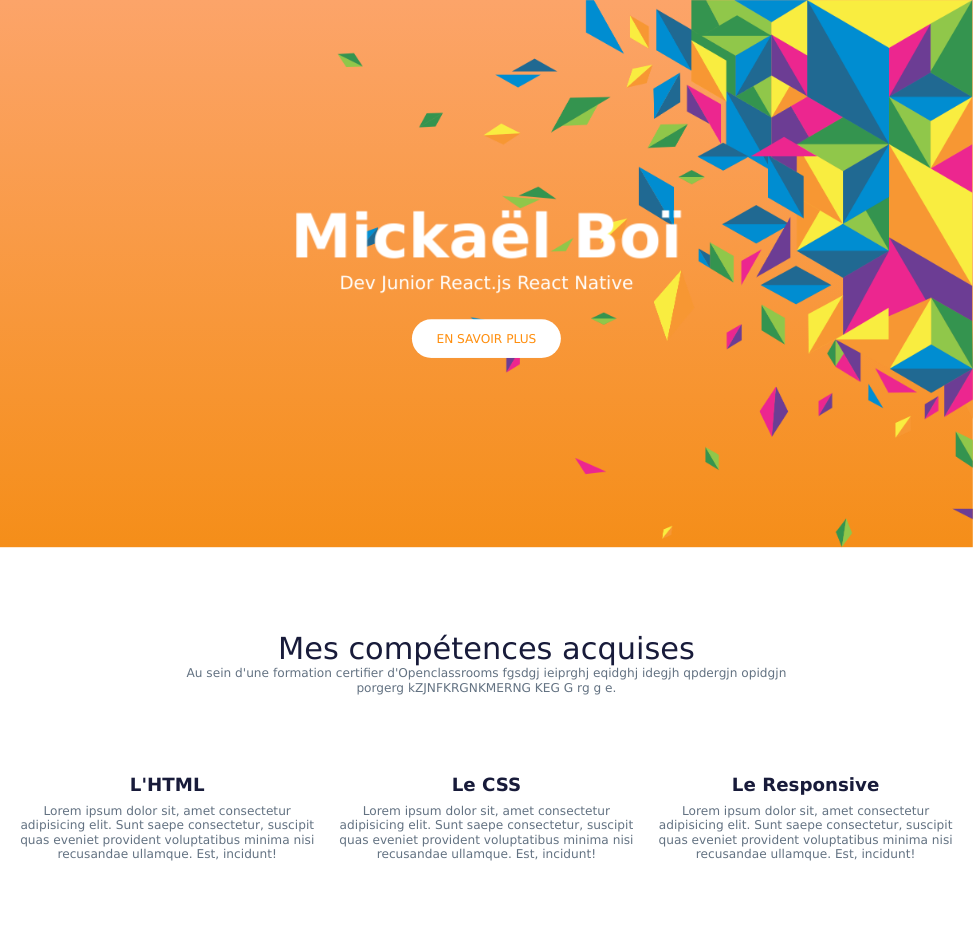
Repository: Micka-17/React_CV
Page: / (app in react-cv/)
These files come from the project's save history. The page is drawn as it stood at one moment and after the next save; the edit follows.
The browser window is 1280 px wide. The pictures show the whole page, at 76% of full size.
The project was rebuilt for these pictures with package versions that can differ from the ones it lists, and the page was loaded fresh each time.

Above is the page before, as saved 2021-10-20 11:07:53.

After the next save:
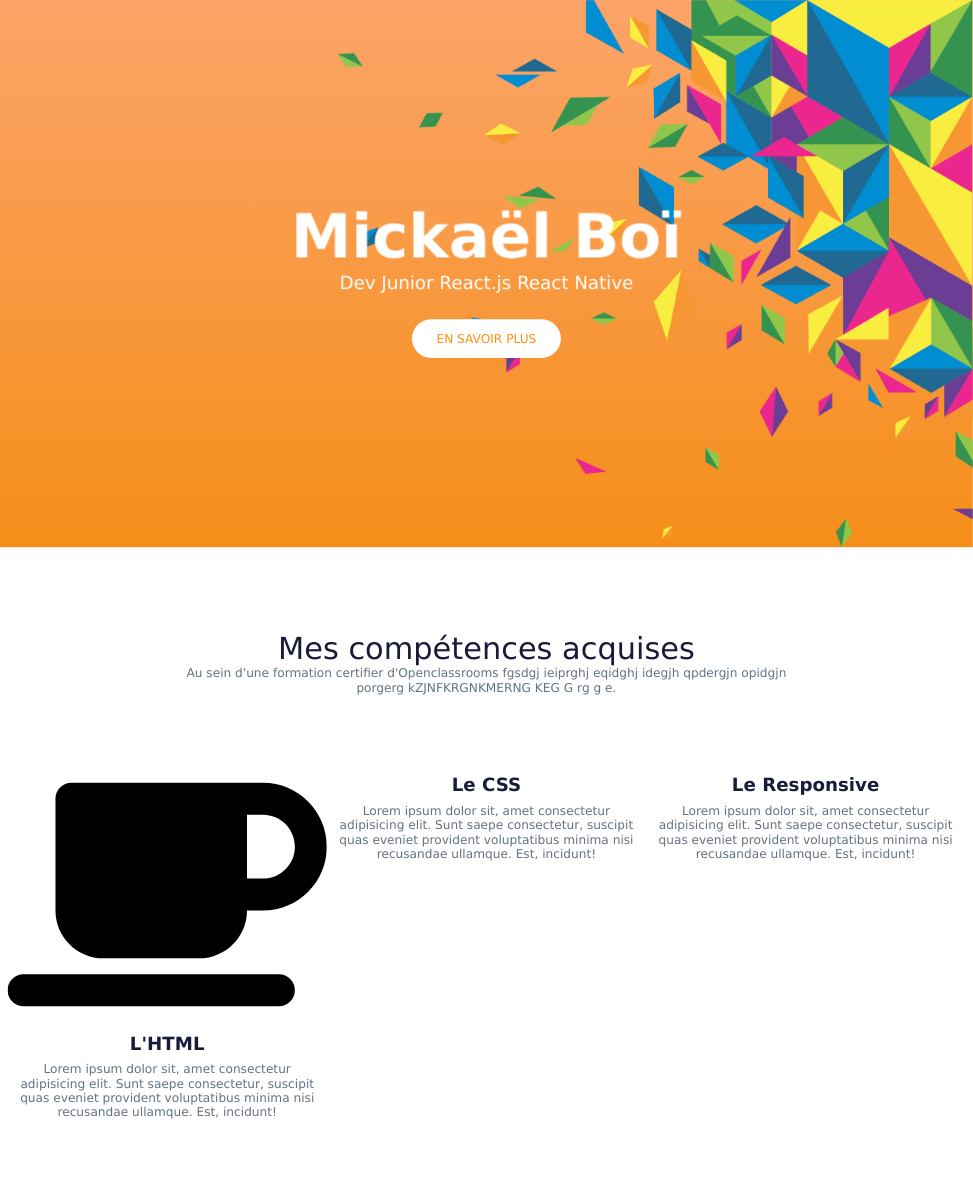
Saved 10 s later.
--- a/react-cv/src/components/Skills.jsx
+++ b/react-cv/src/components/Skills.jsx
@@ -1,7 +1,7 @@
 import React from 'react'
 import '../Style/style.css'
 import { FontAwesomeIcon } from '@fortawesome/react-fontawesome'
-import { f13b } from '@fortawesome/free-solid-svg-icons'
+import { faCoffee } from '@fortawesome/free-solid-svg-icons'
 
 export default function Skills() {
 
@@ -12,7 +12,7 @@
              kZJNFKRGNKMERNG KEG G rg g e.</p>
         <div class="container" data-aos="zoom-in">
             <div class="competences">
-                <FontAwesomeIcon class="fab fa-html5 fa-5x" icon={f13b} />
+                <FontAwesomeIcon class="fab fa-html5 fa-5x" icon={faCoffee} />
                 <h2>L'HTML</h2>
                 <p>Lorem ipsum dolor sit, amet consectetur adipisicing elit. Sunt saepe consectetur, suscipit quas eveniet provident voluptatibus minima nisi recusandae ullamque. Est, incidunt!</p>
             </div>

After the 4 saves that followed:
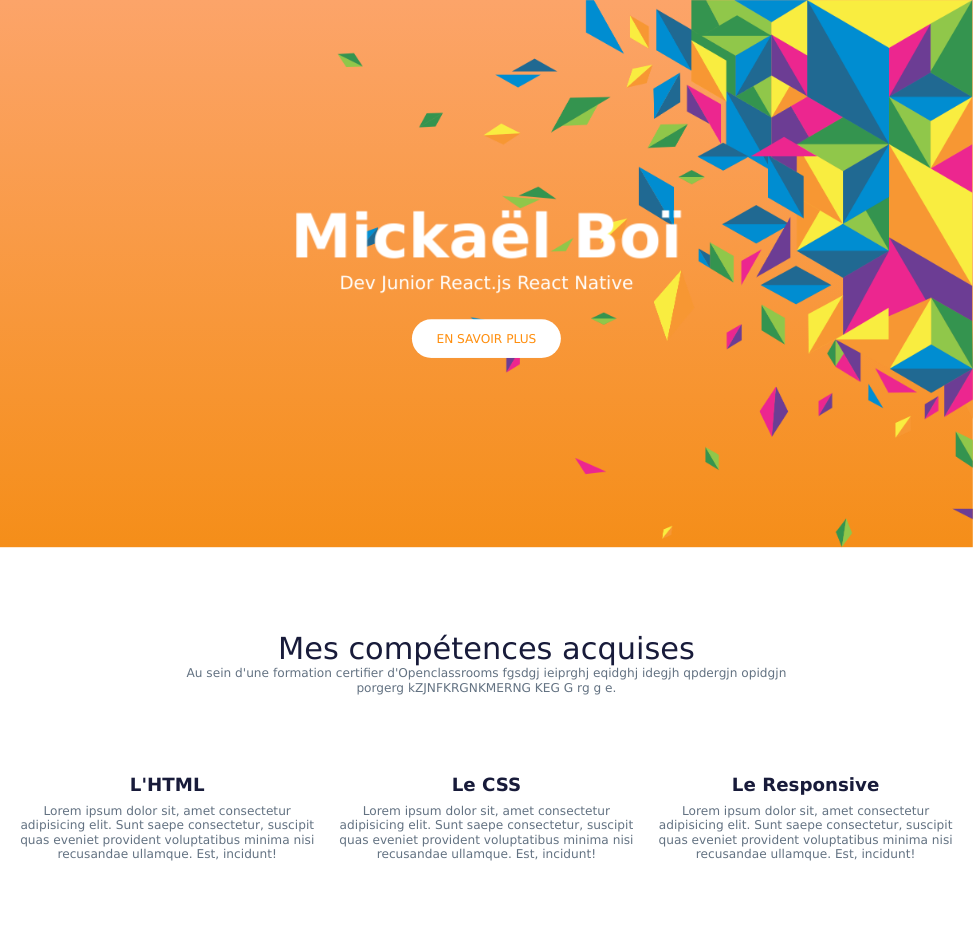
The 4 saves are shown as one change because 2 did not build or start and some came seconds apart.
The last was saved 19 s later.
--- a/react-cv/src/components/Skills.jsx
+++ b/react-cv/src/components/Skills.jsx
@@ -1,7 +1,7 @@
 import React from 'react'
 import '../Style/style.css'
 import { FontAwesomeIcon } from '@fortawesome/react-fontawesome'
-import { faCoffee } from '@fortawesome/free-solid-svg-icons'
+import { faHtml5 } from '@fortawesome/free-solid-svg-icons'
 
 export default function Skills() {
 
@@ -12,7 +12,7 @@
              kZJNFKRGNKMERNG KEG G rg g e.</p>
         <div class="container" data-aos="zoom-in">
             <div class="competences">
-                <FontAwesomeIcon class="fab fa-html5 fa-5x" icon={faCoffee} />
+                <FontAwesomeIcon class="fab fa-html5 fa-5x" icon={faHtml5} />
                 <h2>L'HTML</h2>
                 <p>Lorem ipsum dolor sit, amet consectetur adipisicing elit. Sunt saepe consectetur, suscipit quas eveniet provident voluptatibus minima nisi recusandae ullamque. Est, incidunt!</p>
             </div>
